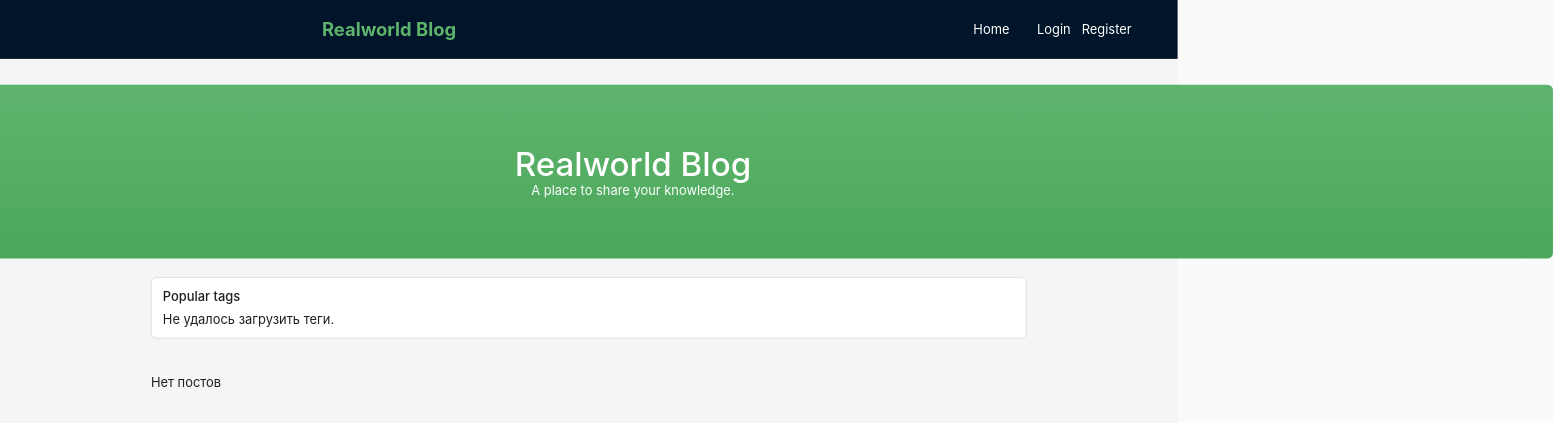
Repository: Rafged/S1mple-blog
Page: / (app in S1mple-blog-main/)
These files come from the project's save history. The page is drawn as it stood at one moment and after the next save; the edit follows.
The browser window is 1280 px wide. The page is 1688 px wide, then 1640 px, so the pictures cover 1688 px, including what lies to the right of the window. The pictures show the whole page, at 92% of full size.
The page's requests for data from a server got no answer. The project was rebuilt for these pictures with package versions that can differ from the ones it lists, and the page was loaded fresh each time. No one was signed in, and anything a server would have sent is missing. Also part of the build but not shown: S1mple-blog-main/vite.config.js, S1mple-blog-main/src/pages/Login.jsx, S1mple-blog-main/src/pages/Register.jsx, S1mple-blog-main/src/pages/NewPost.jsx, S1mple-blog-main/src/pages/Settings.jsx, S1mple-blog-main/src/pages/Article.jsx, S1mple-blog-main/src/pages/Profile.css, S1mple-blog-main/src/pages/Profile.jsx.

Above is the page before, as saved 2025-10-06 14:51:08.

### S1mple-blog-main/index.html
<!doctype html>
<html lang="ru">
  <head>
    <meta charset="utf-8" />
    <meta name="viewport" content="width=device-width, initial-scale=1.0" />
    <title>Realworld Vite React</title>
  </head>
  <body>
    <div id="root"></div>
    <script type="module" src="/src/main.jsx"></script>
  </body>
</html>

### S1mple-blog-main/src/main.jsx
import React from 'react'
import { createRoot } from 'react-dom/client'
import { BrowserRouter } from 'react-router-dom'
import App from './App'
import 'antd/dist/reset.css'
import './styles.css'

createRoot(document.getElementById('root')).render(
  <React.StrictMode>
    <BrowserRouter>
      <App/>
    </BrowserRouter>
  </React.StrictMode>
)

### S1mple-blog-main/src/App.jsx
import React, { useEffect, useState } from 'react'
import { Routes, Route, Link, useNavigate } from 'react-router-dom'
import { Layout, Button } from 'antd'
import Home from './pages/Home'
import Login from './pages/Login'
import Register from './pages/Register'
import NewPost from './pages/NewPost'
import Settings from './pages/Settings'
import Article from './pages/Article'
import Profile from './pages/Profile'

const { Header, Content } = Layout

function getUsername(){ return localStorage.getItem('username') || null }

export default function App(){
  const [auth, setAuth] = useState(!!localStorage.getItem('token'))
  const navigate = useNavigate()

  useEffect(()=> {
    function onStorage(){ setAuth(!!localStorage.getItem('token')) }
    window.addEventListener('storage', onStorage)
    return ()=> window.removeEventListener('storage', onStorage)
  },[])

  function doLogout(){
    try{
      localStorage.removeItem('token'); localStorage.removeItem('username'); localStorage.removeItem('user');
    }catch(e){}
    setAuth(false);
    navigate('/');
    window.location.reload();
  }

  return (
    <Layout style={{minHeight:'100vh'}}>
      <Header style={{display:'flex', alignItems:'center', justifyContent:'space-between'}}>
        <div style={{color:'#5fb46d', fontWeight:700, fontSize: '20px', marginLeft: 300}}>Realworld Blog</div>
        <div>
          <Link to="/" style={{marginRight:30, color:'#fff'}}>Home</Link>
          {auth && <Link to="/new" style={{marginRight:25, color:'#fff'}}>New post</Link>}
          {auth && <Link to="/settings" style={{marginRight:20, color:'#fff'}}>Settings</Link>}
          {auth ? (
            <>
              <Link to={ getUsername() ? ('/profile/' + getUsername()) : '/profile' } style={{marginRight:25, color:'#fff'}}>
                Hi, {getUsername() || 'Unknown'}
              </Link>
              <Button onClick={doLogout}>Log out</Button>
            </>
          ) : (
            <>
              <Link to="/login" style={{marginRight:12, color:'#fff'}}>Login</Link>
              <Link to="/register" style={{color:'#fff'}}>Register</Link>
            </>
          )}
        </div>
      </Header>
      <Content style={{padding:24}}>
        <div style={{maxWidth:960, margin:'0 auto'}}>
          <Routes>
            <Route path="/" element={<Home/>}/>
            <Route path="/login" element={<Login onAuth={() => setAuth(true)}/>}/>
            <Route path="/register" element={<Register onAuth={() => setAuth(true)}/>}/>
            <Route path="/new" element={<NewPost/>}/>
            <Route path="/settings" element={<Settings/>}/>
            <Route path="/article/:slug" element={<Article/>}/>
            <Route path="/profile" element={<Profile/>}/>
            <Route path="/profile/:username" element={<Profile/>}/>
          </Routes>
        </div>
      </Content>
    </Layout>
  )
}

### S1mple-blog-main/src/styles.css
:root{ --green: #55b36b }
body{ font-family: Inter, "Open Sans", Arial, sans-serif; margin:0; background:#fafafa; color:#222 }
.container{ max-width:1600px; margin:0 auto; padding:4px }
.brand{ color:var(--green); font-weight:700; font-size:20px; margin-right:12px }
.banner{ background:linear-gradient(180deg,#5fb46d,#4aa85a); color:#fff; padding:66px; border-radius:6px; margin-bottom:20px; width: 2000px; margin-left: -50%;}
.meta{ color:#777; margin-top:6px }


/* Cards and Popular Tags box */
.popular-box{
  border:1px solid #e0e0e0;
  border-radius:6px;
  padding:12px;
  background:#fff;
  box-shadow: 0 1px 0 rgba(0,0,0,0.02);
  margin-bottom:20px;
}
.tag-btn{
  padding:6px 10px;
  border-radius:16px;
  border:1px solid #ddd;
  background:#fff;
  cursor:pointer;
  font-size:13px;
}
.article-card{
  border:1px solid #e0e0e0;
  border-radius:6px;
  padding:16px;
  background:#fff;
  margin-bottom:18px;
  margin-left: 1px;
  width: 950px;
  box-shadow: 0 1px 0 rgba(0,0,0,0.02);
}
.article-meta{ color:#7a7a7a; margin-bottom:6px; font-size:14px }
.favorite-badge{
  border:1px solid #5cb85c;
  padding:6px 10px;
  border-radius:8px;
  background:#fff;
  cursor:pointer;
  font-weight:600;
  display:inline-flex;
  align-items:center;
  gap:8px;
}

### S1mple-blog-main/src/pages/Home.jsx
import React, { useEffect, useState } from 'react'
import { getArticles, favoriteArticle, unfavoriteArticle } from '../api'
import { Link } from 'react-router-dom'
import PopularTags from '../components/PopularTags'
import Pagination from '../components/Pagination'

export default function Home(){
  const [articles, setArticles] = useState([])
  const [currentPage, setCurrentPage] = useState(1)
  const [totalPages, setTotalPages] = useState(1)
  const limit = 3

  useEffect(()=> {
    load(currentPage)
  },[currentPage])

  async function load(page = 1){
    try{
      const offset = (page-1)*limit
      const res = await getArticles(`?limit=${limit}&offset=${offset}`)
      setArticles(res.articles || [])
      const count = res.articlesCount || (res.articles ? res.articles.length : 0)
      setTotalPages(Math.max(1, Math.ceil(count / limit)))
    }catch(e){
      console.error(e)
    }
  }

  async function toggleFav(a){
    if(!localStorage.getItem('token')){ alert('Войдите чтобы оценивать'); return; }
    try{
      if(a.favorited) await unfavoriteArticle(a.slug)
      else await favoriteArticle(a.slug)
      await load(currentPage)
    }catch(e){ console.error(e); alert('Ошибка') }
  }

  return (
    <div className="container">
      <div className="banner" style={{textAlign:'center'}}>
        <h1 style={{margin:0, fontSize:36}}>Realworld Blog</h1>
        <p style={{margin:0}}>A place to share your knowledge.</p>
      </div>

      {/* Popular tags at center top */}
      <div style={{display:'flex', justifyContent:'center', marginBottom:20}}>
        <div style={{maxWidth:1200, width:'100%'}}>
          <PopularTags />
        </div>
      </div>

      <div>
        {articles.length === 0 ? <div>Нет постов</div> : articles.map(a => (
          <div key={a.slug} className="article-card">
            <div style={{display:'flex', justifyContent:'space-between', alignItems:'flex-start'}}>
              <div>
                <div className="article-meta"><Link to={`/profile`}>{a.author?.username}</Link> · {new Date(a.createdAt).toLocaleDateString()}</div>
                <Link to={`/article/${a.slug}`} style={{textDecoration:'none'}}>
                  <h2 style={{margin:'8px 0', color:'#222'}}>{a.title}</h2>
                </Link>
                <p style={{color:'#555'}}>{a.description || (a.body && a.body.slice(0,200)+'...')}</p>
                <div style={{marginTop:8}}>
                  {a.tagList && a.tagList.map(t => <span key={t} className="tag-btn">{t}</span>)}
                </div>
              </div>
              <div>
                <button className="favorite-badge" onClick={()=>toggleFav(a)} title="Favorite">
                  ❤️ <span style={{marginLeft:6}}>{a.favoritesCount||0}</span>
                </button>
              </div>
            </div>
          </div>
        ))}
        <Pagination currentPage={currentPage} totalPages={totalPages} onPageChange={(p)=>setCurrentPage(p)} />
      </div>
    </div>
  )
}

### S1mple-blog-main/src/api.js
const API = '/api'

function getToken(){
  return localStorage.getItem('token')
}

function authHeaders(){
  const t = getToken()
  return t ? { 'Authorization': 'Token ' + t } : {}
}

async function request(path, opts = {}){
  const headers = { 'Content-Type': 'application/json', ...(opts.headers||{}), ...authHeaders() }
  const res = await fetch(API + path, {...opts, headers})
  const text = await res.text()
  let body = null
  try { body = text ? JSON.parse(text) : {} } catch(e){ body = {raw: text} }
  if(!res.ok) throw { status: res.status, body }
  return body
}

export async function getArticles(query=''){
  return request('/articles' + (query||''))
}

export async function getArticle(slug){
  return request('/articles/' + slug)
}

export async function favoriteArticle(slug){
  return request('/articles/' + slug + '/favorite', { method: 'POST' })
}
export async function unfavoriteArticle(slug){
  return request('/articles/' + slug + '/favorite', { method: 'DELETE' })
}

export async function getTags(){ return request('/tags') }

export async function login(email, password){ return request('/users/login', { method:'POST', body: JSON.stringify({user:{email, password}}) }) }
export async function register(username,email,password){ return request('/users', { method:'POST', body: JSON.stringify({user:{username,email,password}}) }) }
export async function getCurrentUser(){ return request('/user') }
export async function updateUser(payload){ return request('/user', { method:'PUT', body: JSON.stringify({user: payload}) }) }

export async function createArticle(article){ return request('/articles', { method:'POST', body: JSON.stringify({article}) }) }
export async function getArticlesByAuthor(author){ return request('/articles?author=' + encodeURIComponent(author)) }

### S1mple-blog-main/src/components/PopularTags.jsx
import React, { useEffect, useState } from "react";
import { getTags } from "../api";

const PopularTags = () => {
  const [tags, setTags] = useState([]);
  const [error, setError] = useState(null);

  useEffect(() => {
    const fetchTags = async () => {
      try {
        const res = await getTags();
        if (res && res.tags) setTags(res.tags);
      } catch (e) {
        setError(true);
        console.warn("Failed to load tags", e);
      }
    };
    fetchTags();
  }, []);

  return (
    <div className="popular-box">
      <h4 style={{ margin: "0 0 8px 0" }}>Popular tags</h4>
      {error ? (
        <div>Не удалось загрузить теги.</div>
      ) : (
        <div style={{ display: "flex", gap: 8, flexWrap: "wrap" }}>
          {tags.length === 0 ? <span>Нет тегов</span> : tags.map((t) => (
            <button key={t} className="tag-btn">{t}</button>
          ))}
        </div>
      )}
    </div>
  );
};

export default PopularTags;

### S1mple-blog-main/src/components/Pagination.jsx
import React from "react";

const Pagination = ({ articlesCount, limit, currentPage, onPageChange }) => {
  const pages = Math.ceil(articlesCount / limit);

  return (
    <ul className="pagination">
      {Array.from({ length: pages }, (_, i) => (
        <li
          key={i}
          className={`page-item ${currentPage === i + 1 ? "active" : ""}`}
          onClick={() => onPageChange(i + 1)}
        >
          <span className="page-link">{i + 1}</span>
        </li>
      ))}
    </ul>
  );
};

export default Pagination;

After the next save:
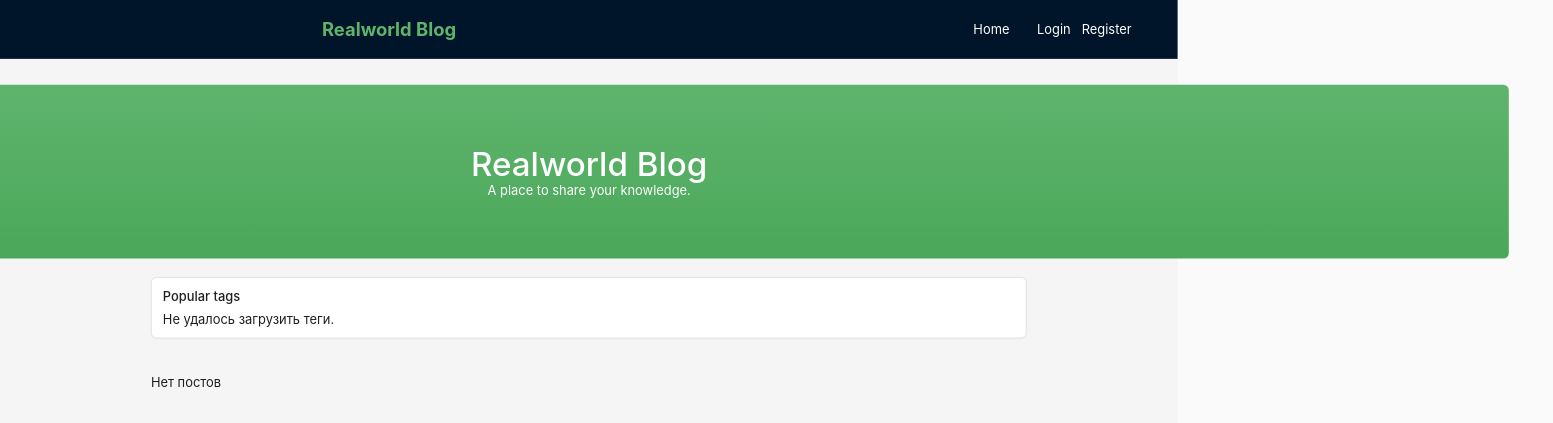
Saved 7 s later.
--- a/S1mple-blog-main/src/styles.css
+++ b/S1mple-blog-main/src/styles.css
@@ -2,7 +2,7 @@
 body{ font-family: Inter, "Open Sans", Arial, sans-serif; margin:0; background:#fafafa; color:#222 }
 .container{ max-width:1600px; margin:0 auto; padding:4px }
 .brand{ color:var(--green); font-weight:700; font-size:20px; margin-right:12px }
-.banner{ background:linear-gradient(180deg,#5fb46d,#4aa85a); color:#fff; padding:66px; border-radius:6px; margin-bottom:20px; width: 2000px; margin-left: -50%;}
+.banner{ background:linear-gradient(180deg,#5fb46d,#4aa85a); color:#fff; padding:66px; border-radius:6px; margin-bottom:20px; width: 2000px; margin-left: -55%;}
 .meta{ color:#777; margin-top:6px }
 
 
